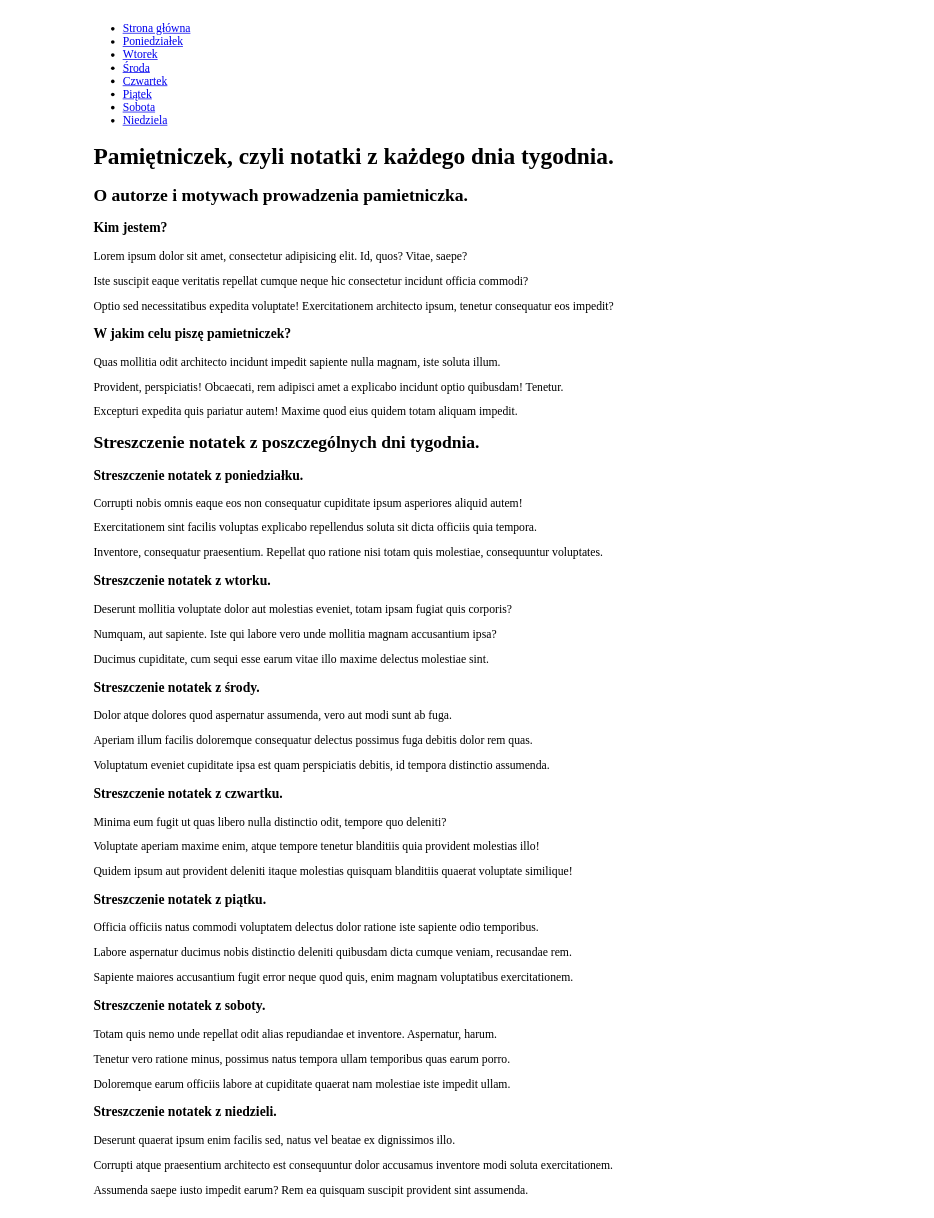
Repository: ArturNatwora/hompage
Page: index.html
The author's editor kept a copy of each file at every save. The page is drawn from the files as they stood at one save, then again after the next save.
The browser window is 1280 px wide. The pictures show the whole page, at 73% of full size.

Above is the page before, as saved 2019-06-11 17:23:48.

After the next save:
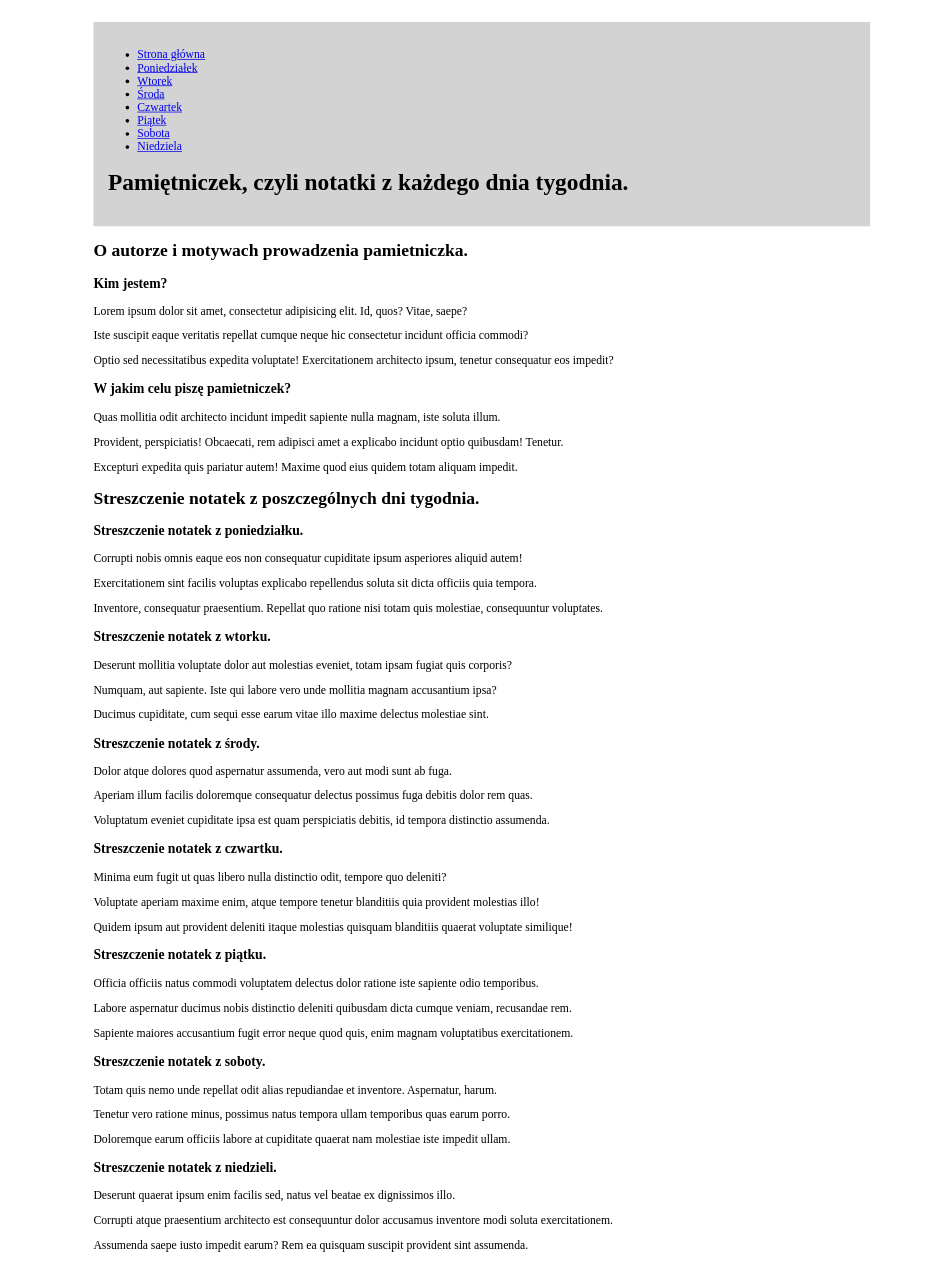
Saved 7 min 39 s later.
--- a/index.css
+++ b/index.css
@@ -11,3 +11,10 @@ body{
     width: 80%;
     margin: 30px auto;
 }
+
+.bodyHeader {
+    width: 100%;
+    padding: 20px;
+    background: lightgrey;
+
+}
